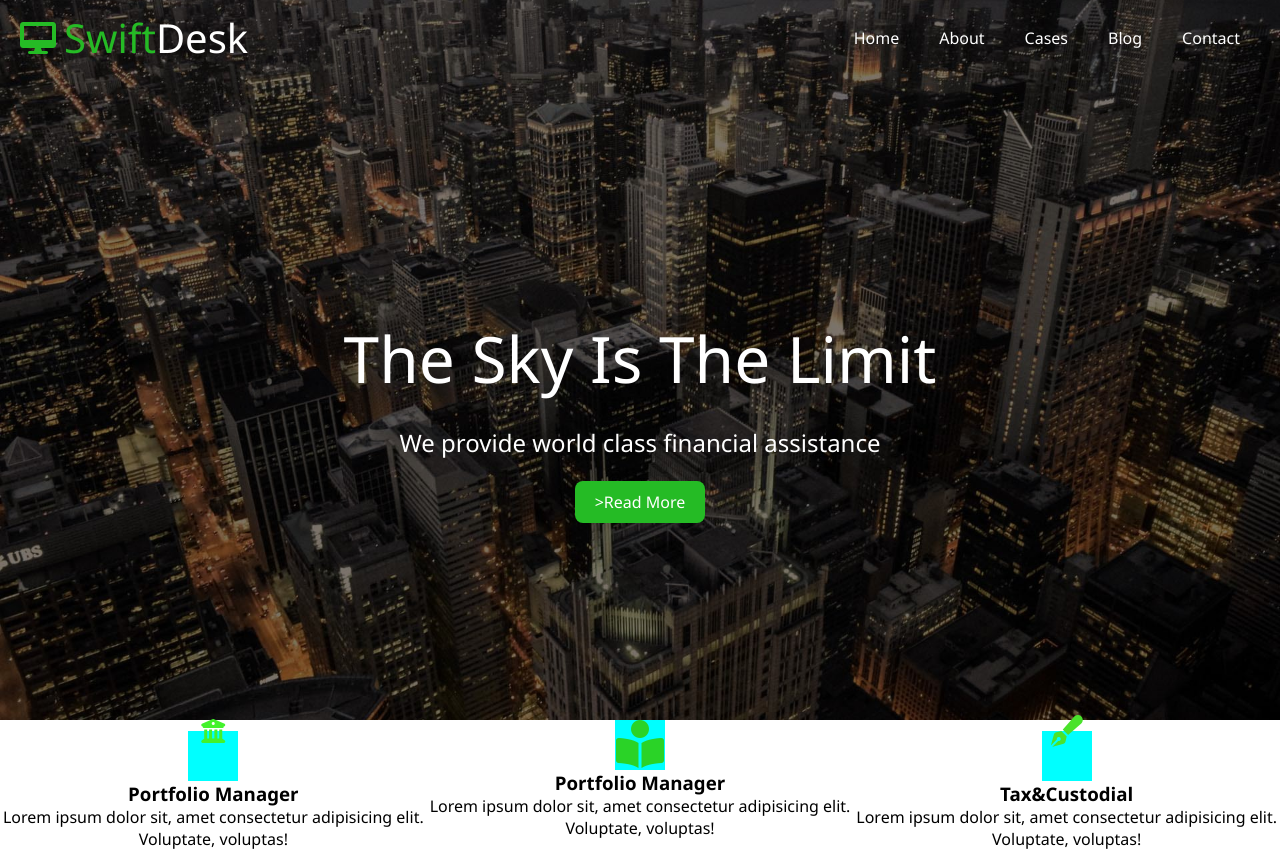
Repository: reemoon-ctrl/swiftdisk-Website-Flexbox
Page: index.html
The author's editor kept a copy of each file at every save. The page is drawn from the files as they stood at one save, then again after the next save.
The browser window is 1280 px wide. The pictures show the whole page.

Above is the page before, as saved 2024-07-26 22:03:14.

### index.html
<!DOCTYPE html>
<html lang="en">
<head>
    <meta charset="UTF-8">
    <meta name="viewport" content="width=device-width, initial-scale=1.0">
    <title>
        Swift Desk
    </title>
    <link rel="stylesheet" href="https://cdnjs.cloudflare.com/ajax/libs/font-awesome/6.0.0-beta3/css/all.min.css">

    <link rel="stylesheet" href="index.css">
    <style>
    *{
        box-sizing: border-box;
        margin: 0;
        padding: 0;
    }
    body{
       font-family:'Segoe UI', Tahoma, Geneva, Verdana, sans-serif;
    }
    .nav-bar{
        display: flex;
        justify-content:space-between ;
        padding: 10px 20px;
        color:#fff;




    }
    .title-bar{
        align-items: center;
        flex-grow: 1;
        display: flex;
        gap:.5rem;


    }
    .title-bar h1{
        display:inline-block;
        font-weight: 500;
        font-size:2.5rem ;
    }

    .link-bar{

        /* flex-grow:1 ; */
        align-self: center;
        display: flex;
    }
    .link-bar a{
        padding: 10px 20px;
        color:#fff;
        text-decoration: none;

    }
    .fword{
        color:rgb(37, 187, 37);
    }
    .show-case{
       height:100hv;
       text-align: center;
       color:#fff;

       background:  url('img/home/showcase.jpg') no-repeat center center/cover ;
    }
    .hd-content{
        padding-top: 15rem;
    }
    .hd-content h1{
        font-size: 4rem;
        font-weight: 400;
    }
    .hd-content p{
        font-size: 1.5rem;
        padding-top: 1.5rem;
        padding-bottom: 2rem;
    }
    .hd-content a{
        color: #fff;
        background:rgb(37, 187, 37) ;
        padding: 10px 20px;
        border-radius: 8px;
        text-decoration: none;
        text-align: center;
    }
    .about-section ul{

    display: flex;
    list-style: none;

    }
    .about-srvice li{
        text-align: center;
    }
    .about-srvice li i{
        background-color: aqua;
        width:50px;
        height: 50px;

    }
    </style>
</head>
<body>
    <div class="show-case">
        <header>
            <div class="nav-bar">
                <div class="title-bar">
                    <i class="fas fa-desktop fa-2x" style="color: rgb(37, 187, 37)"></i>
                    <h1 class="title"><span class="fword"> Swift</span>Desk</h1>
                </div>
                <div class="link-bar">
                    <a href="">Home</a>
                    <a href="">About</a>
                    <a href="">Cases</a>
                    <a href="">Blog</a>
                    <a href="">Contact</a>
                </div>
            </div>
        </header>
        <header class="hd-content">
            <h1>The Sky Is The Limit</h1>
            <p>We provide world class financial assistance
            </p>
            <a href="">>Read More</a>

        </header>

    </div>
    <main>
        <div class="about-section">
            <ul class="about-srvice" >
                 <li><i class="fas fa-building-columns fa-xl" style="color: #43f22c;"></i>
                <h3>Portfolio Manager</h3>
                <p>Lorem ipsum dolor sit, amet consectetur adipisicing elit. Voluptate, voluptas!</p>
                </li>
                <li><i class="fa fa-book-open-reader fa-3x"class="icon" style="color: #2ad327;"></i><h3>Portfolio Manager</h3>
                    <p>Lorem ipsum dolor sit, amet consectetur adipisicing elit. Voluptate, voluptas!</p></li>
                <li><i class="fa-solid fa-pen-fancy fa-2xl" style="color: #4ae22c;"></i><h3>Tax&Custodial</h3>
                    <p>Lorem ipsum dolor sit, amet consectetur adipisicing elit. Voluptate, voluptas!</p></li>
            </ul>
        </div>

    </main>


</body>
</html>

### index.css
*{
    box-sizing: border-box;
    margin: 0;
    padding: 0;
}
body{

}
.nav-bar{
    display: flex;
    justify-content:space-between ;
    padding: 10px 20px;
    color:#fff;




}
.title-bar{
    align-items: center;
    flex-grow: 1;
    display: flex;
    gap:.5rem;


}
.title-bar h1{
    display:inline-block;
    font-size:2.5rem;
    font-weight: 400;
}

.link-bar{

    /* flex-grow:1 ; */
    align-self: center;
    display: flex;
}
.link-bar a{
    padding: 10px 20px;
    color:#fff;
    text-decoration: none;


}
.link-bar a:hover{
    border-bottom: 1px #25bb25 solid;
}
.fword{
    color:#25bb25;
}
.show-case{
   height:100vh;
   text-align: center;
   color:#fff;

   background:  url('img/home/showcase.jpg') no-repeat center center/cover ;
}
.hd-content{
    padding-top: 18rem;
}
.hd-content h1{
    font-size: 3rem;
}
.hd-content p{
    font-size: 1.5rem;
    padding-top: .8rem;
    padding-bottom: .8rem;
}
.hd-content a{
    color: #fff;
    background:rgb(69, 199, 69) ;
    padding: 10px 30px;
    border-radius: 5px;
    text-decoration: none;
    text-align: center;
}
.about-section ul{
    display: flex;
    list-style: none;

}
.about-srvice li{
    text-align: center;
}
.about-srvice li i{
    background-color: aqua;
    width:50px;
    height: 50px;

}

After the next save:
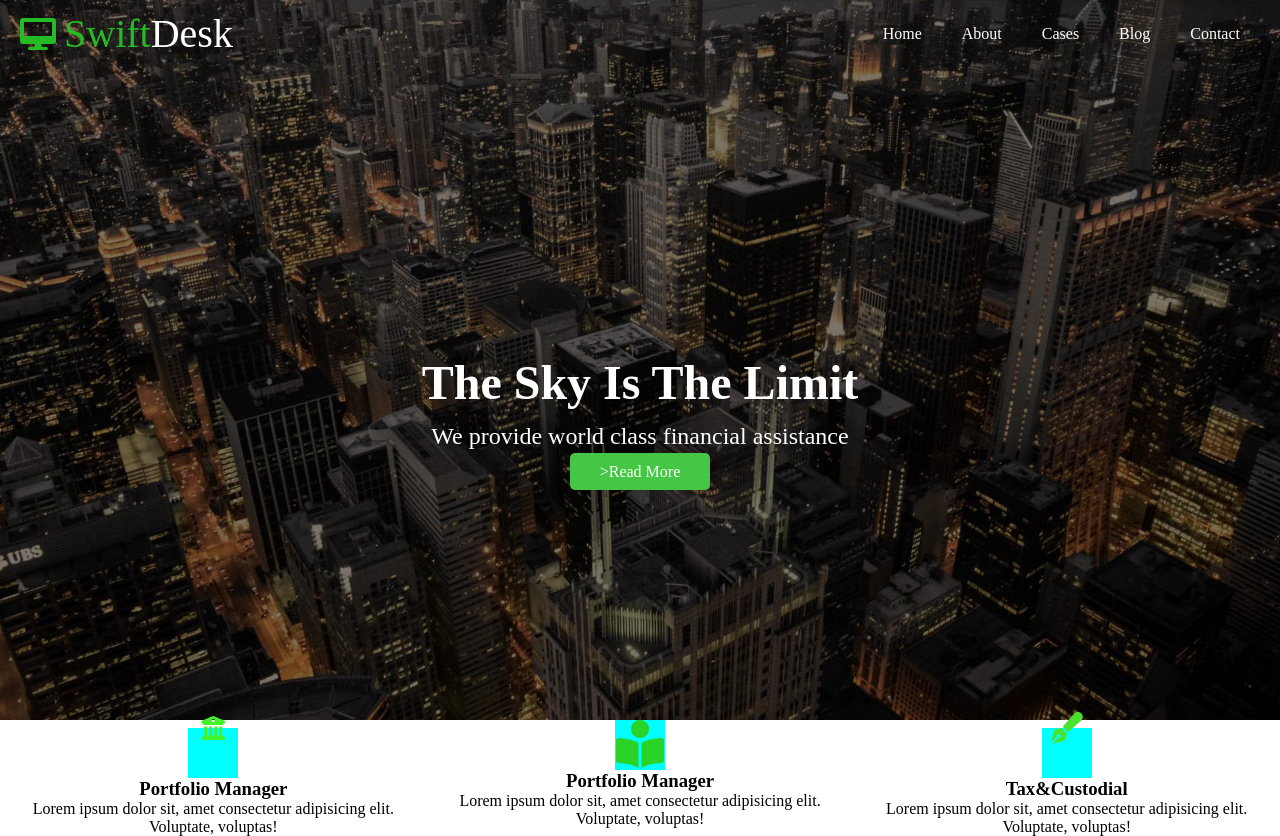
Saved 34 s later.
--- a/index.html
+++ b/index.html
@@ -9,97 +9,6 @@
     <link rel="stylesheet" href="https://cdnjs.cloudflare.com/ajax/libs/font-awesome/6.0.0-beta3/css/all.min.css">
 
     <link rel="stylesheet" href="index.css">
-    <style>
-    *{
-        box-sizing: border-box;
-        margin: 0;
-        padding: 0;
-    }
-    body{
-       font-family:'Segoe UI', Tahoma, Geneva, Verdana, sans-serif;
-    }
-    .nav-bar{
-        display: flex;
-        justify-content:space-between ;
-        padding: 10px 20px;
-        color:#fff;
-
-
-
-
-    }
-    .title-bar{
-        align-items: center;
-        flex-grow: 1;
-        display: flex;
-        gap:.5rem;
-
-
-    }
-    .title-bar h1{
-        display:inline-block;
-        font-weight: 500;
-        font-size:2.5rem ;
-    }
-
-    .link-bar{
-
-        /* flex-grow:1 ; */
-        align-self: center;
-        display: flex;
-    }
-    .link-bar a{
-        padding: 10px 20px;
-        color:#fff;
-        text-decoration: none;
-
-    }
-    .fword{
-        color:rgb(37, 187, 37);
-    }
-    .show-case{
-       height:100hv;
-       text-align: center;
-       color:#fff;
-
-       background:  url('img/home/showcase.jpg') no-repeat center center/cover ;
-    }
-    .hd-content{
-        padding-top: 15rem;
-    }
-    .hd-content h1{
-        font-size: 4rem;
-        font-weight: 400;
-    }
-    .hd-content p{
-        font-size: 1.5rem;
-        padding-top: 1.5rem;
-        padding-bottom: 2rem;
-    }
-    .hd-content a{
-        color: #fff;
-        background:rgb(37, 187, 37) ;
-        padding: 10px 20px;
-        border-radius: 8px;
-        text-decoration: none;
-        text-align: center;
-    }
-    .about-section ul{
-
-    display: flex;
-    list-style: none;
-
-    }
-    .about-srvice li{
-        text-align: center;
-    }
-    .about-srvice li i{
-        background-color: aqua;
-        width:50px;
-        height: 50px;
-
-    }
-    </style>
 </head>
 <body>
     <div class="show-case">
